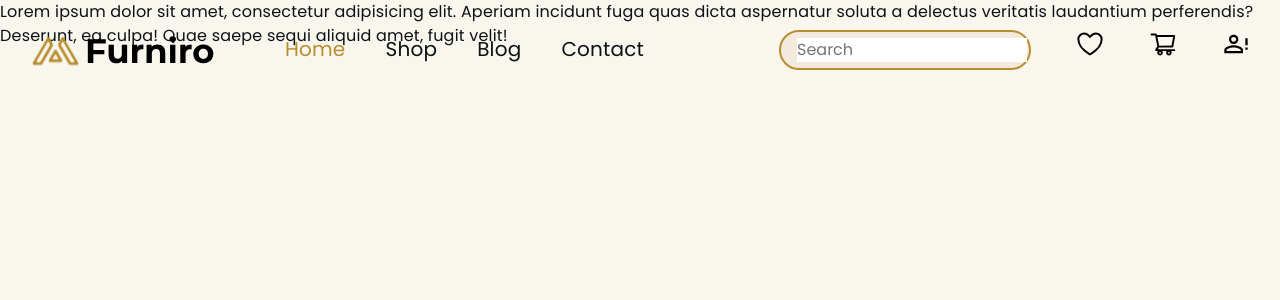
Repository: binhphanbp/furniro-interior_website
Page: index.html
These files come from the project's save history. The page is drawn as it stood at one moment and after the next save; the edit follows.
The browser window is 1280 px wide. The pictures show the whole page.

Above is the page before, as saved 2025-02-20 00:00:14.

### index.html
<!DOCTYPE html>
<html lang="en">
  <head>
    <meta charset="UTF-8" />
    <meta name="viewport" content="width=device-width, initial-scale=1.0" />
    <title>Furniro</title>

    <!-- Favicon -->
    <link rel="shortcut icon" href="./icons/favicon.ico" type="image/x-icon" />
    <link rel="icon" href="./icons/favicon.ico" type="image/x-icon" />

    <!-- Link CSS -->
    <link rel="stylesheet" href="./src/assets/styles/main.css" />
  </head>
  <body class="homepage">
    <!-- PROGRESS BAR -->
    <div class="progress-container">
      <div class="progress-bar"></div>
    </div>

    <!-- HEADER -->

    <header class="header">
      <div class="container">
        <nav class="header__menu">
          <a class="header__logo" href="#">
            <img src="./icons/furniro-logo-type.svg" alt="logo-furniro" />
          </a>
          <ul class="header__menu-list">
            <li>
              <a href="#" class="--active">home</a>
            </li>
            <li>
              <a href="./src/pages/shop.html">shop</a>
            </li>
            <li>
              <a href="./src/pages/blog.html">blog</a>
            </li>
            <li>
              <a href="./src/pages/contact.html">contact</a>
            </li>
          </ul>
        </nav>
        <ul class="header__icons">
          <li class="header__icons-searchbar">
            <label for="search-input">
              <img src="./icons/icon-search.svg" alt="icon-search" />
            </label>
            <input type="text" id="search-input" placeholder="Search" />
          </li>
          <li class="header__icons-item">
            <a href="#">
              <img src="./icons/icon-heart.svg" alt="icon-heart" />
            </a>
          </li>
          <li class="header__icons-item">
            <a href="./src/pages/cart.html">
              <img src="./icons/icon-cart.svg" alt="icon-cart"
            /></a>
          </li>
          <li class="header__icons-item">
            <a href="#">
              <img src="./icons/icon-account-alert.svg" alt="icon-account" />
            </a>
          </li>
        </ul>
      </div>
    </header>

    <!-- MAIN -->
    <main class="main">
      <p>
        Lorem ipsum dolor sit amet, consectetur adipisicing elit. Aperiam
        incidunt fuga quas dicta aspernatur soluta a delectus veritatis
        laudantium perferendis? Deserunt, ea culpa! Quae saepe sequi aliquid
        amet, fugit velit!
      </p>
      <!-- Section Hero -->
      <section class="schero">
        <div class="container"></div>
      </section>

      <!-- Section Menu -->
      <section class="scmenu">
        <div class="container"></div>
      </section>

      <!-- Section Services -->
      <section class="scservices">
        <div class="container"></div>
      </section>

      <!-- Section Delivery -->
      <section class="scdelivery">
        <div class="container"></div>
      </section>

      <!-- Section Our Customers -->
      <section class="sccustomers">
        <div class="container"></div>
      </section>

      <!-- Section Our Blog -->
      <section class="scblog">
        <div class="container"></div>
      </section>
    </main>

    <!-- FOOTER -->
    <footer class="footer">
      <div class="container"></div>
    </footer>

    <!-- JavaScript -->
    <script type="module" src="./src/scripts/main.js"></script>
  </body>
</html>

### src/assets/styles/main.css
/* Reset CSS */
@import './base/reset.css';

/* Font */
@import './base/variables.css';
@import './base/fonts.css';

/* Layouts (General Structure) */
@import './base/layouts.css';

/* Components */
@import './components/header.css';
@import './components/footer.css';
@import './components/components.css';

/* Pages */
@import './pages/home.css';
@import './pages/shop.css';
@import './pages/shop-details.css';
@import './pages/cart.css';
@import './pages/checkout.css';
@import './pages/product-comparison.css';
@import './pages/blog.css';
@import './pages/contact.css';

### src/assets/styles/base/reset.css
* {
  margin: 0;
  padding: 0;
  border: 0;
  font-size: 100%;
  font: inherit;
  vertical-align: baseline;
  box-sizing: border-box;
}
body {
  line-height: 1;
}
ol,
ul {
  list-style: none;
}
blockquote,
q {
  quotes: none;
}
blockquote:before,
blockquote:after,
q:before,
q:after {
  content: '';
  content: none;
}
table {
  border-collapse: collapse;
  border-spacing: 0;
}
img,
object,
embed {
  max-width: 100%;
}

a {
  text-decoration: none;
  outline: 0;
}
strong {
  font-family: db;
}
sub {
  vertical-align: sub;
  font-size: smaller;
}
sup {
  vertical-align: super;
  font-size: smaller;
}

### src/assets/styles/base/variables.css
:root {
  /* Page Setting Variables */
  --max-width-page: 2560px;
  --max-width-container-fluid: 1920px;
  --max-width-container: calc(1236px + calc(var(--gap) * 2));

  --gap: 30px;
  --pd-left-right: 20px;

  /* Color Variables */
  --primary-cl: #b88e2f;
  --primary-cl-hover: #d3ac51;
  --secondary-cl: #fff3e3;
  --tertiary-cl: #f3e9dc;

  --white-page-cl: #f9f6ee;
  --black-cl: #0b1215;

  --gray-dark-cl: #898989;
  --gray-light-cl: #9f9f9f;
  --product-hover: #3a3a3a;

  --red-cl: #e97171;
  --green-cl: #2ec1ac;
  --purple-cl: #816dfa;

  /* Font-size, Line-height, Letter-spacing Variables: */
  --fs-h1: 5.6rem;
  --lh-h1: 6.5rem;
  --ls-h1: 2px;

  --fs-h2: 4rem;
  --lh-h2: 4.8rem;
  --ls-h2: 0.25px;

  --fs-h3: 2.4rem;
  --lh-h3: 2.8rem;
  --ls-h3: 0.1px;

  --fs-text-button: 1.6rem;
  --lh-text-button: 2.4rem;
  --ls-text-button: 0.2px;

  --fs-body: 1.6rem;
  --lh-body: 2.4rem;
  --ls-body: 0.2px;

  /* Fonts: */
  --font-body: ppr;
  --font-body-light: ppl;
  --font-body-medium: ppm;
  --font-body-semibold: ppsb;
  --font-body-bold: ppb;

  /* General Variables */
  --height-header: 100px;
  --height-footer: 505px;
  --height-button: 48px;
  --height-button-medium: 64px;
  --height-button-large: 74px;
  --pd-section: 60px;

  /* Timing Transition Variables: */
  --duration: 0.4s;
  --cubic: cubic-bezier(0.59, 0.29, 0.15, 0.93);
}

### src/assets/styles/base/fonts.css
@font-face {
  font-family: 'ppl';
  src: url('../../fonts/Poppins-Light.woff2') format('woff2'),
    url('../../fonts/Poppins-Light.woff') format('woff');
  font-weight: 300;
  font-style: normal;
  font-display: swap;
}

@font-face {
  font-family: 'ppr';
  src: url('../../fonts/Poppins-Regular.woff2') format('woff2'),
    url('../../fonts/Poppins-Regular.woff') format('woff');
  font-weight: normal;
  font-style: normal;
  font-display: swap;
}

@font-face {
  font-family: 'ppm';
  src: url('../../fonts/Poppins-Medium.woff2') format('woff2'),
    url('../../fonts/Poppins-Medium.woff') format('woff');
  font-weight: 500;
  font-style: normal;
  font-display: swap;
}

@font-face {
  font-family: 'ppsb';
  src: url('../../fonts/Poppins-SemiBold.woff2') format('woff2'),
    url('../../fonts/Poppins-SemiBold.woff') format('woff');
  font-weight: 600;
  font-style: normal;
  font-display: swap;
}

@font-face {
  font-family: 'ppb';
  src: url('../../fonts/Poppins-Bold.woff2') format('woff2'),
    url('../../fonts/Poppins-Bold.woff') format('woff');
  font-weight: bold;
  font-style: normal;
  font-display: swap;
}

### src/assets/styles/base/layouts.css
html {
  font-size: 62.5%;

  scroll-behavior: smooth;

  /* CUSTOM SCROLLBAR */
  /* width */
  ::-webkit-scrollbar {
    width: 10px;
  }
  /* Track */
  ::-webkit-scrollbar-track {
    background: var(--gray-light-cl);
  }
  /* Handle */
  ::-webkit-scrollbar-thumb {
    background: var(--primary-cl);
    border-radius: 40px;
  }
  /* Handle on hover */
  ::-webkit-scrollbar-thumb:hover {
    background: var(--gray-dark-cl);
  }

  /* Custom background-color text selection */
  ::-moz-selection {
    color: var(--white-page-cl);
    background: var(--primary-cl);
  }
  ::selection {
    color: var(--white-page-cl);
    background: var(--primary-cl);
  }
}

body {
  background-color: var(--white-page-cl);
  width: 100%;
  max-width: var(--max-width-page);
  margin: auto;

  color: var(--black-cl);
  font-family: var(--font-body);
  font-size: var(--fs-body);
  line-height: var(--lh-body);
  letter-spacing: var(--ls-body);
}

.container-fluid {
  width: 100%;
  max-width: var(--max-width-container-fluid);
  padding-right: var(--gap);
  padding-left: var(--gap);
  margin-right: auto;
  margin-left: auto;
  position: relative;
}

.container {
  width: 100%;
  max-width: var(--max-width-container);
  padding-right: var(--gap);
  padding-left: var(--gap);
  margin-right: auto;
  margin-left: auto;
  position: relative;
}

.main {
  position: relative;
}

section .ptb {
  padding: var(--pd-section) 0;
}
section .pt {
  padding: var(--pd-section);
}
section .pb {
  padding: var(--pd-section);
}

### src/assets/styles/components/header.css
.header {
  position: absolute;
  top: 0;
  z-index: 3;
  width: 100%;
  max-width: var(--max-width-page);
  height: var(--height-header);
}

.header .container {
  display: flex;
  align-items: center;
  justify-content: space-between;
  height: 100%;
}

.header .header__menu {
  display: flex;
  align-items: center;
  gap: 50px;
}

/* Header Menu */
.header .header__menu .header__menu-list {
  display: flex;
}

.header .header__menu .header__menu-list li a {
  padding: 8px var(--pd-left-right);
  text-transform: capitalize;
  font-size: 2rem;
  color: var(--black-cl);
  text-wrap: nowrap;
  cursor: pointer;

  transition: var(--duration);
  -webkit-transition: var(--duration);
  -moz-transition: var(--duration);
  -ms-transition: var(--duration);
  -o-transition: var(--duration);
}
.header .header__menu .header__menu-list li a:hover,
.header .header__menu .header__menu-list li a.--active {
  color: var(--primary-cl);
}

.header .header__menu .header__menu-list li a::after {
  content: '';
  display: block;
  /* width: calc(100% - calc(var(--padding-lf) * 2)); */
  width: 0;
  height: 2px;
  background-color: var(--primary-cl);
  position: absolute;
  bottom: 0;
  left: 50%;
  transform: translateX(-50%);

  transition: var(--duration);
  -webkit-transition: var(--duration);
  -moz-transition: var(--duration);
  -ms-transition: var(--duration);
  -o-transition: var(--duration);
}
.header .header__menu .header__menu-list li a::after:hover,
.header .header__menu .header__menu-list li a::after.--active {
  width: calc(100% - calc(var(--pd-left-right) * 2));
}

/* Header Icons */
.header .header__icons {
  display: flex;
  gap: 45px;
}

.header__icons-searchbar {
  display: flex;
  align-items: center;
  background-color: var(--tertiary-cl);
  border: 2px solid var(--primary-cl);
  border-radius: 100px;
  padding: 8px 16px;
  width: 252px;
  height: 40px;

  transition: var(--duration);
  -webkit-transition: var(--duration);
  -moz-transition: var(--duration);
  -ms-transition: var(--duration);
  -o-transition: var(--duration);
}

### src/assets/styles/components/components.css
img {
  max-width: 100%;
  -webkit-user-select: none;
  -moz-user-select: none;
  -ms-user-select: none;
  user-select: none;
  display: block;
  outline: 0;
  object-fit: contain;
}

img .--center {
  margin: 0 auto;
  display: block;
}

.--hidden {
  display: none;
}

.--disable-scroll {
  height: 100vh;
  overflow: hidden;
}

/* Progress Bar */
.progress-container {
  position: fixed;
  top: 0;
  left: 0;
  width: 100%;
  height: 5px;
  background: var(--white-page-cl);
}

.progress-bar {
  height: 100%;
  background: var(--primary-cl);
  width: 0%;

  /* Scroll-driven animation */
  animation: grow linear;
  animation-timeline: scroll();
}

@keyframes grow {
  from {
    width: 0%;
  }
  to {
    width: 100%;
  }
}

/* Heading */
.heading {
  font-family: prb;
  color: var(--black-cl);
  text-transform: uppercase;
}
.heading .--h1 {
  font-size: var(--fs-h1);
  line-height: var(--lh-h1);
  letter-spacing: var(--ls-h1);
}
.heading .--h2 {
  font-size: var(--fs-h2);
  line-height: var(--lh-h2);
  letter-spacing: var(--ls-h2);
}
.heading .--h3 {
  font-size: var(--fs-h3);
  line-height: var(--lh-h3);
  letter-spacing: var(--ls-h3);
}
.heading .--primary-cl {
  color: var(--primary-cl);
}
.heading .--gray-light-cl {
  color: var(--gray-light-cl);
}

.textbutton {
  font-family: var(--font-body-semibold);
  font-size: var(--fs-text-button);
  line-height: var(--lh-text-button);
  letter-spacing: var(--ls-text-button);
}
/* Textbox */
.textbox .--align-center {
  text-align: center;
}

.textbox .desc {
  margin-top: 10px;
  color: var(--gray-dark-cl);
}

/* BUTTON */
.btn {
  display: inline-flex;
  align-items: center;
  justify-content: center;
  gap: 10px;
  padding: 0 36px;

  height: var(--height-button);
  font-family: var(--font-body-semibold);
  border: var(--primary-cl) solid 1px;
  background-color: var(--primary-cl);
  color: var(--white-page-cl);

  white-space: nowrap;
  cursor: pointer;
  transition: var(--duration);
  -webkit-transition: var(--duration);
  -moz-transition: var(--duration);
  -ms-transition: var(--duration);
  -o-transition: var(--duration);
}
.btn:hover {
  border: var(--white-page-cl) solid 1px;
  background-color: var(--primary-cl);
  color: var(--primary-cl);
}

.btn .--large {
  height: var(--height-button-large);
  padding: 0 72px;

  font-family: var(--font-body-bold);
  text-transform: uppercase;
}

.btn .--stroke {
  height: 48px;
  padding: 0 78px;
  background-color: transparent;
  color: var(--primary-cl);
  stroke: 1px solid var(--primary-cl);
}
.btn .--stroke:hover {
  background-color: var(--primary-cl);
  color: var(--white-page-cl);
}

.btn .--stroke-black {
  height: 48px;
  padding: 0 48px;
  background-color: transparent;
  color: var(--black-cl);
  stroke: 1px solid var(--black-cl);
}
.btn .--stroke-black:hover {
  background-color: var(--black-cl);
  color: var(--white-page-cl);
}

/* Button Pagination */
.btn-pagination {
  height: 60px;
  padding: 0 27px;

  background-color: var(--secondary-cl);
  color: var(--black-cl);
}
.btn-pagination:hover {
  background-color: var(--primary-cl-hover);
  color: var(--white-page-cl);
}
.btn-pagination .--active {
  background-color: var(--primary-cl);
  color: var(--white-page-cl);
}

Loaded but not shown: src/scripts/main.js (no stored copy; drawn as an empty file); src/assets/styles/components/footer.css (no stored copy; drawn as an empty file); src/assets/styles/pages/home.css (no stored copy; drawn as an empty file); src/assets/styles/pages/shop.css (no stored copy; drawn as an empty file); src/assets/styles/pages/shop-details.css (no stored copy; drawn as an empty file); src/assets/styles/pages/cart.css (no stored copy; drawn as an empty file); src/assets/styles/pages/checkout.css (no stored copy; drawn as an empty file); src/assets/styles/pages/product-comparison.css (no stored copy; drawn as an empty file); src/assets/styles/pages/blog.css (no stored copy; drawn as an empty file); src/assets/styles/pages/contact.css (no stored copy; drawn as an empty file)

After the next save:
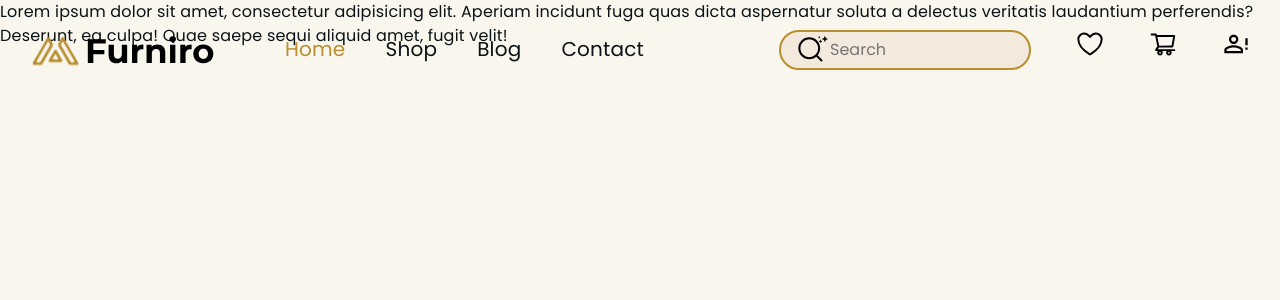
Saved 10 s later.
--- a/src/assets/styles/components/header.css
+++ b/src/assets/styles/components/header.css
@@ -89,3 +89,21 @@
   -ms-transition: var(--duration);
   -o-transition: var(--duration);
 }
+
+.header__icons-searchbar img {
+  margin-right: 8px;
+  cursor: pointer;
+}
+
+.header__icons-searchbar input {
+  border: none;
+  outline: none;
+  background: transparent;
+  font-size: 16px;
+  color: #777;
+  width: 100%;
+}
+
+.header__icons-searchbar:focus-within {
+  border-color: #8b6a2f;
+}
